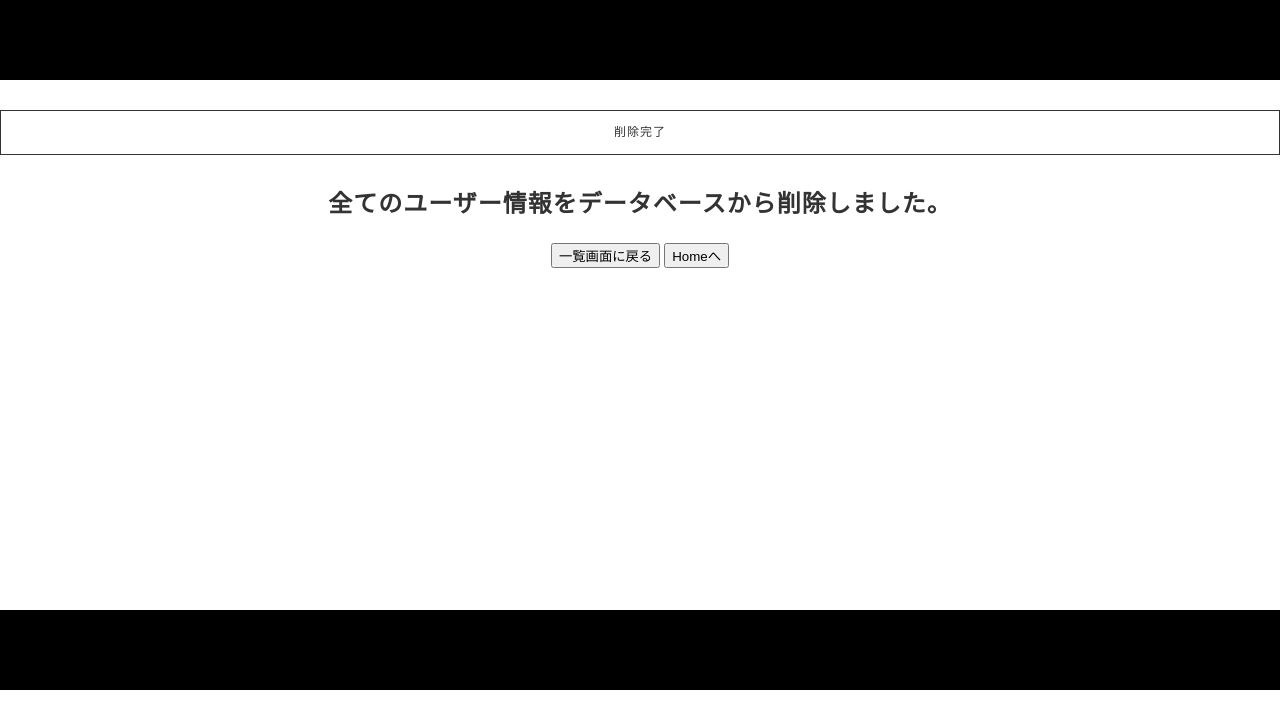
Repository: hirose0320/test
Page: http://localhost/ecsite2/userListDeleteComplete.jsp
The author's editor kept a copy of each file at every save. The page is drawn from the files as they stood at one save, then again after the next save.
The browser window is 1280 px wide. The pictures show the whole page.
Some web libraries are served in a nearby version. The page is served by Tomcat 9. Other server files are loaded and not shown.

Above is the page before, as saved 2019-03-07 02:10:25.

### ecsite2/WebContent/userListDeleteComplete.jsp
<%@ page language="java" contentType="text/html; charset=UTF-8"
	pageEncoding="UTF-8"%>
<%@ taglib prefix="s" uri="/struts-tags"%>
<!DOCTYPE html>
<html>
<head>
<meta http-equiv="Content-Type" content="text/html; charset=UTF-8" />
<meta http-equiv="Content-Style-Type" content="text/css" />
<meta http-equiv="Content-Script-Type" content="text/javascript" />
<meta http-equiv="imagetoolbar" content="no" />
<meta name="description" content="" />
<meta name="keywords" content="" />
<script
	src="http://ajax.googleapis.com/ajax/libs/jquery/1.9.1/jquery.min.js
"></script>
<title>UserListDeleteComplete画面</title>

<style type="text/css">
body {
	margin: 0;
	padding: 0;
	line-height: 1.6;
	letter-spacing: 1px;
	font-family: Verdana, Helvetica, sans-serif;
	font-size: 12px;
	color: #333;
	background: #fff;
}

table {
	text-align: center;
	margin: 0 auto;
}

#top {
	width: 780ox;
	margin: 30px auto;
	border: 1px solid #333;
}

#header {
	width: 100%;
	height: 80px;
	background-color: black;
}

#main {
	width: 100%;
	height: 500px;
	text-align: center;
}

#footer {
	width: 100%;
	height: 80px;
	background-color: black;
	clear: both;
}
</style>

<script type="text/javascript">
	function submitAction(url) {
		$('form').attr('action', url);
		$('form').submit();
	}
</script>
</head>
<body>
	<div id="header">
		<div id="pr"></div>
	</div>
	<div id="main">
		<div id="top">
			<p>削除完了</p>
		</div>
		<div>
			<s:form>
				<h1>全てのユーザー情報をデータベースから削除しました。</h1>
				<tr>
					<td><input type="button" value="一覧画面に戻る"
						onclick="submitAction('UserListAction')" /></td>
					<td><input type="button" value="Homeへ"
						onclick="submitAction('LogoutAction')" /></td>

				</tr>
			</s:form>
		</div>
	</div>
	<div id="footer">
		<div id="pr"></div>
	</div>
</body>
</html>

After the next save:
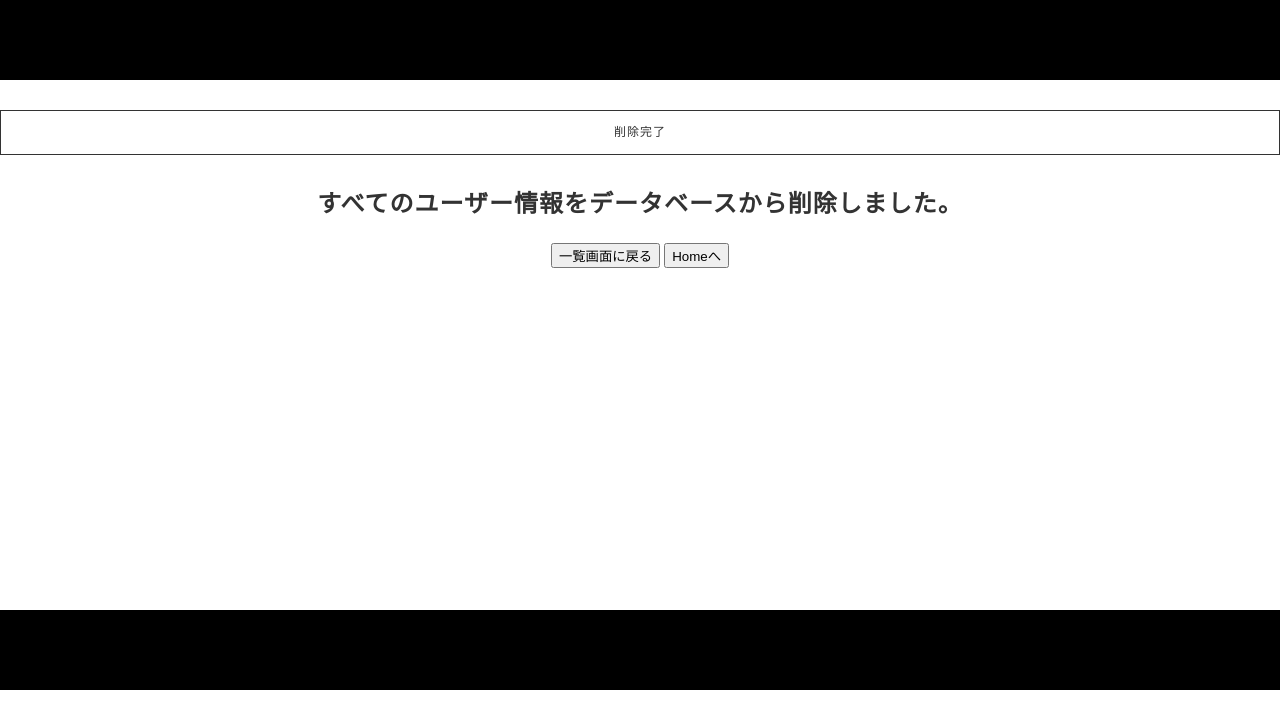
Saved 25 s later.
--- a/ecsite2/WebContent/userListDeleteComplete.jsp
+++ b/ecsite2/WebContent/userListDeleteComplete.jsp
@@ -75,7 +75,7 @@
 		</div>
 		<div>
 			<s:form>
-				<h1>全てのユーザー情報をデータベースから削除しました。</h1>
+				<h1>すべてのユーザー情報をデータベースから削除しました。</h1>
 				<tr>
 					<td><input type="button" value="一覧画面に戻る"
 						onclick="submitAction('UserListAction')" /></td>
